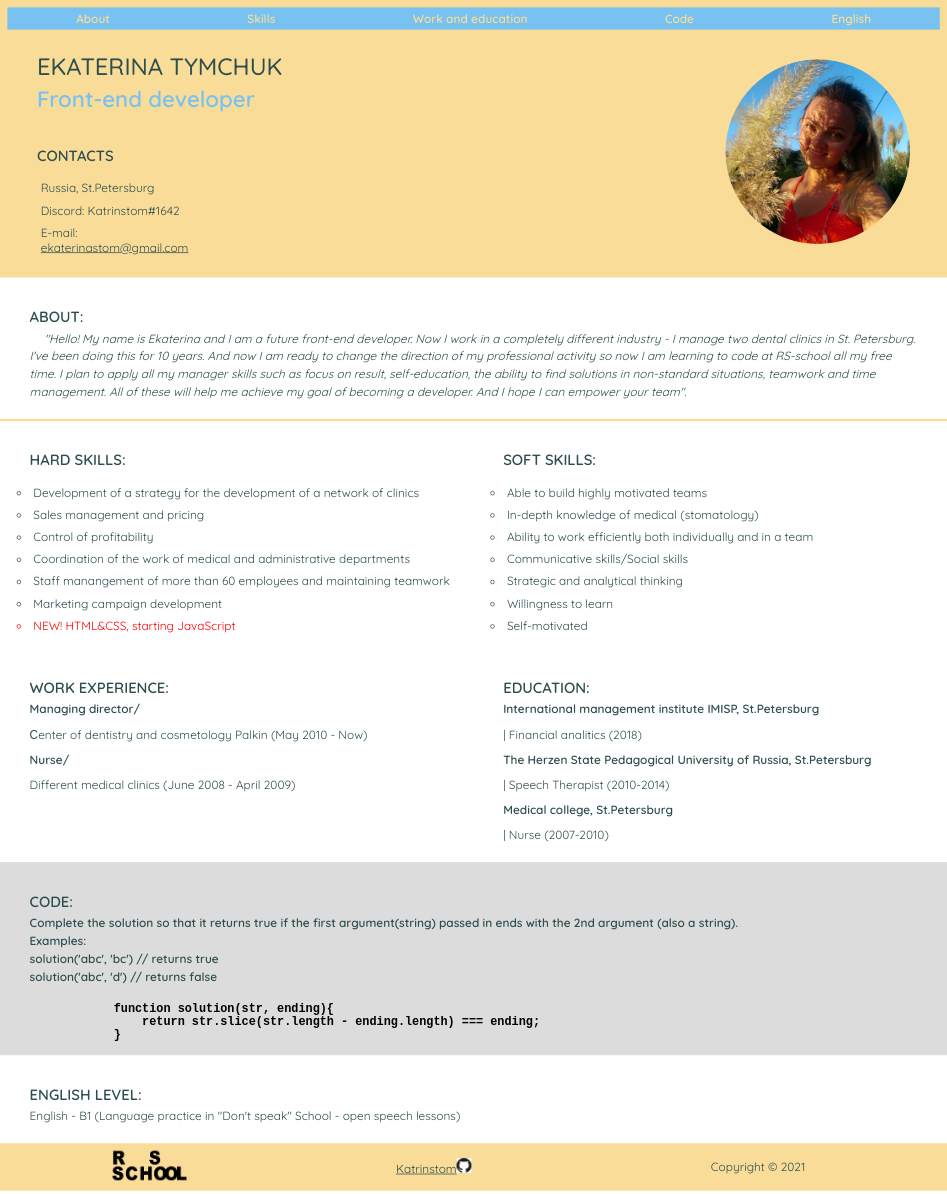
Repository: Katrinstom/rsschool-cv
Page: index.html
The author's editor kept a copy of each file at every save. The page is drawn from the files as they stood at one save, then again after the next save.
The browser window is 1280 px wide. The pictures show the whole page, at 74% of full size.

Above is the page before, as saved 2022-01-02 23:45:47.

### index.html
<!DOCTYPE html>
<html lang="en">
<head>
    <meta charset="UTF-8">
    <meta http-equiv="X-UA-Compatible" content="IE=edge">
    <meta name="viewport" content="width=device-width, initial-scale=1.0">
    <title>CV</title>
    <link type="text/css" rel="stylesheet" href="style.css"/>
    <link rel="preconnect" href="https://fonts.googleapis.com">
<link rel="preconnect" href="https://fonts.gstatic.com" crossorigin>
<link href="https://fonts.googleapis.com/css2?family=Quicksand:wght@400;500;600&display=swap" rel="stylesheet">
</head>
<body>
    <header class="bigblock section">
            <nav class="nav">
                <ul class="navlist">
                    <li class="nav-item"><a href="#about">About</a></li>
                    <li class="nav-item"><a href="#skills">Skills</a></li>
                    <li class="nav-item"><a href="#workandeducation">Work and education</a></li>
                    <li class="nav-item"><a href="#code">Code</a></li>
                    <li class="nav-item"><a href="#english">English</a></li>
                </ul>
            </nav>
                <img class="pic" src="images/1909_oooo.plus.png" alt="itsme" width="250" height="250">
                <h1>Ekaterina Tymchuk</h1>
                <h2>Front-end developer</h2>
                <h4>Contacts</h4>
                <ul class="nonumber">
                    <li>Russia, St.Petersburg</li>
                    <li>Discord: Katrinstom#1642</li>
                    <li>E-mail: <a href="mailto:ekaterinastom@gmail.com"> ekaterinastom@gmail.com</a></li>
                </ul>
        </header>
    <main class="section">
        <article>
            <div class="about" id="about">
                <h4>About:</h4>
                <p>"Hello! My name is Ekaterina and I am a future front-end developer. Now I work in a completely different industry - I manage two dental clinics in St. Petersburg. I've been doing this for 10 years. And now I am ready to change the direction of my professional activity so now I am learning to code at RS-school all my free time. I plan to apply all my manager skills such as focus on result, self-education, the ability to find solutions in non-standard situations, teamwork and time management. All of these will help me achieve my goal of becoming a developer. And I hope I can empower your team".</p>
            </div>
        </article>
        <section class="conteiner">
            <div class="skills" id="skills">
                <h4>Hard skills:</h4>
                <ul>
                    <li>Development of a strategy for the development of a network of clinics</li>
                    <li>Sales management and pricing</li>
                    <li>Control of profitability</li>
                    <li>Coordination of the work of medical and administrative departments</li>
                    <li>Staff manangement of more than 60 employees and maintaining teamwork</li>
                    <li>Marketing campaign development</li>
                    <li id="newskill">NEW! HTML&CSS, starting JavaScript</li>
                </ul>
            </div>
            <div class="skills" id="skills">
                <h4>Soft skills:</h4>
                <ul>
                    <li>Able to build highly motivated teams</li>
                    <li>In-depth knowledge of medical (stomatology)</li>
                    <li>Ability to work efficiently both individually and in a team</li>
                    <li>Communicative skills/Social skills</li>
                    <li>Strategic and analytical thinking</li>
                    <li>Willingness to learn</li>
                    <li>Self-motivated</li>
                </ul>
            </div>
        </section>
        <section class="conteiner">
            <div style="clear:both"></div>
            <div class="workandeducation" id="workandeducation">
                <h4>Work experience:</h4>
                <b>Managing director/</b>
                <p>Сenter of dentistry and cosmetology Palkin (May 2010 - Now)</p>
                <b>Nurse/</b>
                <p>Different medical clinics (June 2008 - April 2009)</p>
            </div>
            <div class="workandeducation" id="workandeducation">
                <h4>Education:</h4>
                <b>International management institute IMISP, St.Petersburg</b>
                <p>| Financial analitics (2018)</p>
                <b>The Herzen State Pedagogical University of Russia, St.Petersburg</b>
                <p>| Speech Therapist (2010-2014)</p>
                <b>Medical college, St.Petersburg</b>
                <p>| Nurse (2007-2010)</p>
            </div>
        </section>
        <section>
            <div class="code" id="code">
                <h4>Code:</h4>
                <p>Complete the solution so that it returns true if the first argument(string) passed in ends with the 2nd argument (also a string).
                <br>Examples:
                <br>solution('abc', 'bc') // returns true
                <br>solution('abc', 'd') // returns false</p>
                <pre><code>
                function solution(str, ending){
                    return str.slice(str.length - ending.length) === ending;
                }
                </code></pre>
            </div>
            <div class="english" id="english">
            <h4>English level:</h4>
            <p>English - B1 (Language practice in "Don't speak" School - open speech lessons)</p>
            </div>
        </section>
    </main>
        <footer class="footer section">
            <div class="flexcont">
                <a href="https://rs.school/js/"><img src="images/logo-rsschool3.png" alt="logo-rsschool3" width="100" height="40"></a>
                <a href="https://github.com/Katrinstom">Katrinstom<img src="images/gitpic.png" alt="gitlogo" width="20" height="20"></a>
                <p>Copyright © 2021</p>
             </div>
        </footer>
</body>
</html>

### style.css
html {
    scroll-behavior: smooth;
}
body {
    min-height: 100vh;
    margin: 0;
    padding: 0;
}
.section {
    max-width: 1280px;
    margin: 0 auto;
    flex-direction: column;
}
main {
    display: flex;
}
.bigblock {
    height: auto;
    background-color: #f9dc98;
    padding: 10px;
}
.nav {
    background-color: #78c2f2;
}
.navlist {
    display: flex;
    justify-content: space-around;
    align-items: center;
    padding: 0;
    margin: 0;
}
.nav-item {
    list-style: none;
}
.nav-item a {
    text-decoration: none;
    color: #f9dc98;
    font-weight: 600;
}
.nav-item a:hover {
    background-color:darkslategray;
    transition: 0.5s;
}
body {
    font-family: 'Quicksand', sans-serif;
}
h1 {
  padding: 30px 40px 5px;
  text-align: left;
  font-family:'Quicksand', sans-serif;
  font-weight: 500;
  font-size: 32px;
  text-transform: uppercase;
  color:darkslategray;
  margin: 0;
}
h2 {
    padding: 0px 40px 5px;
    text-align: left;
    font-family:'Quicksand', sans-serif;
    font-size: 30px;
    color:#78c2f2;
    margin: 0;
}
h3 {
    padding: 0px 40px 5px;
    text-align: left;
    font-family:'Quicksand', sans-serif;
    font-size: 25px;
    color:darkgrey;
    margin: 0;
}
h4 {
    font-family:'Quicksand', sans-serif;
    font-size: 20px;
    text-transform: uppercase;
    padding: 40px 40px 0px;
    text-align: left;
    color: darkslategray;
    margin: 0;
}
ul {
    list-style-type:circle;
    padding: auto;
}
.nonumber {
    list-style-type:none;
}
li {
    text-align: left;
    color: darkslategray;
    font-family: 'Quicksand', sans-serif;
    margin: 0;
    padding: 5px 5px 5px;
}
#newskill {
    color: red;
}
.about {
    border-bottom: solid 3px #f9dc98;
}
.about p {
    text-align: left;
    color: darkslategray;
    font-family: 'Quicksand', sans-serif;
    font-style: italic;
    margin-bottom: 20px;
    height: auto;
    width: auto;
    padding: 5px 40px 5px;
    line-height: 1.5;
    text-indent: 20px;
}
.english {
    text-align: left;
    color: darkslategray;
    margin-bottom: 20px;
    height: auto;
    width: auto;
    padding: 0;

}
.conteiner {
    display: flex;
    flex-direction: row;
    justify-content: space-around;
}
.skills {
    text-align: left;
    color: darkslategray;
    font-family: 'Quicksand', sans-serif;
    margin: 0;
    height: auto;
    width: 50%;
    padding: 0;
}
.workandeducation {
    text-align: left;
    color: darkslategray;
    font-family: 'Quicksand', sans-serif;
    margin-bottom: 20px;
    height: auto;
    width: 50%;
    padding: 0;
}
.pic {
    border-radius: 50%;
    float: right;
    padding: 40px;
}
p, b {
    display: block;
    text-align: left;
    color: darkslategray;
    font-family: 'Quicksand', sans-serif;
    margin: 0;
    height: auto;
    width: auto;
    padding: 5px 40px 5px;
    line-height: 1.5;
}
pre {
    margin: 0;
}
.code {
    text-align: left;
    background-color: gainsboro;
    display: block;
    font-size: 16px;
    font-weight: 600;
}
.flexcont {
    display: flex;
    flex-direction: row;
    justify-content: space-around;
    align-items: center;
}
a {
    display: block;
}
li a {
    color: darkslategray;
}
footer a {
    color: darkslategray;
}
.footer {
    height: auto;
    background-color: #f9dc98;
    padding: 10px;
}

After the next save:
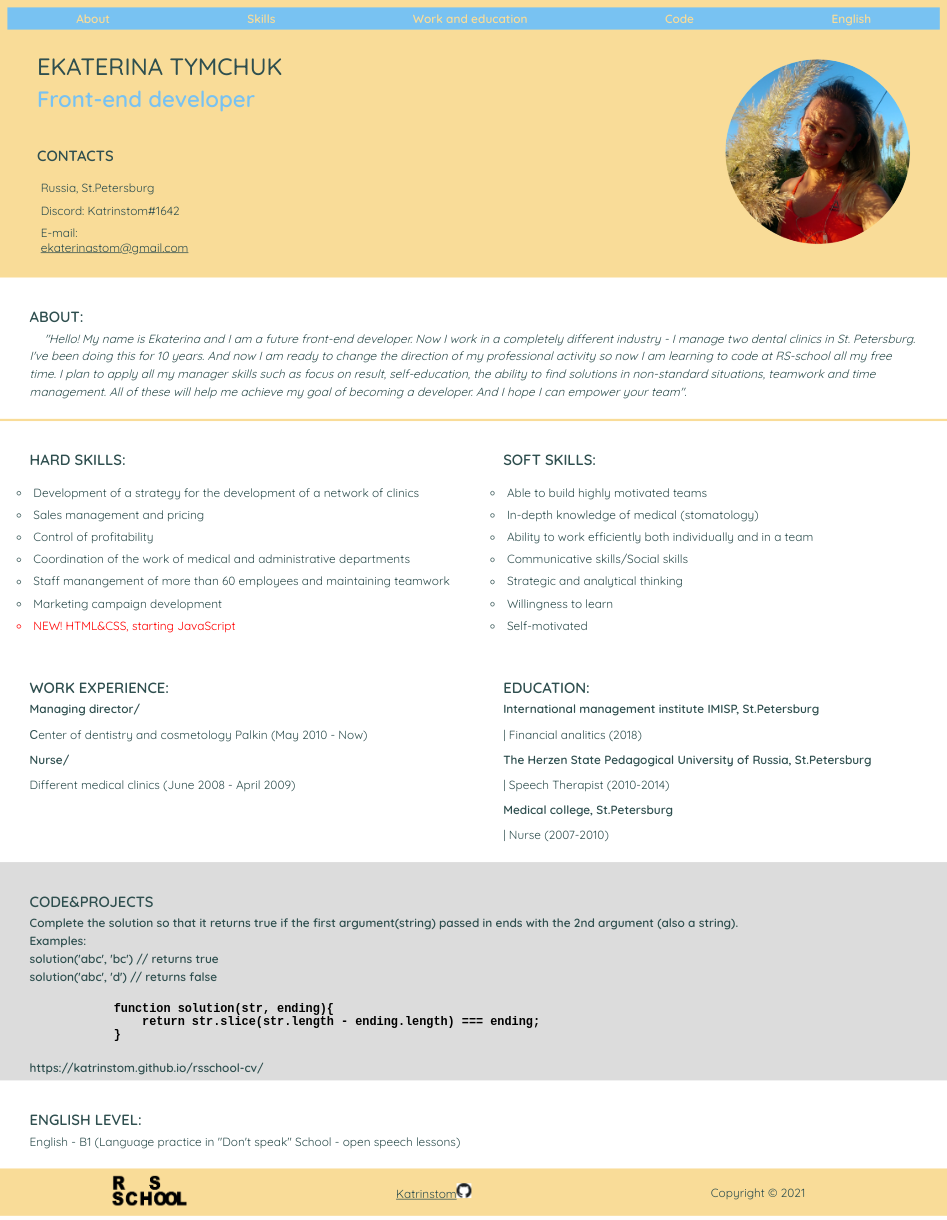
Saved 12 min 53 s later.
--- a/index.html
+++ b/index.html
@@ -85,7 +85,7 @@
         </section>
         <section>
             <div class="code" id="code">
-                <h4>Code:</h4>
+                <h4>Code&Projects</h4>
                 <p>Complete the solution so that it returns true if the first argument(string) passed in ends with the 2nd argument (also a string).
                 <br>Examples:
                 <br>solution('abc', 'bc') // returns true
@@ -95,6 +95,7 @@
                     return str.slice(str.length - ending.length) === ending;
                 }
                 </code></pre>
+                <p>https://katrinstom.github.io/rsschool-cv/</p>
             </div>
             <div class="english" id="english">
             <h4>English level:</h4>

After the save that followed:
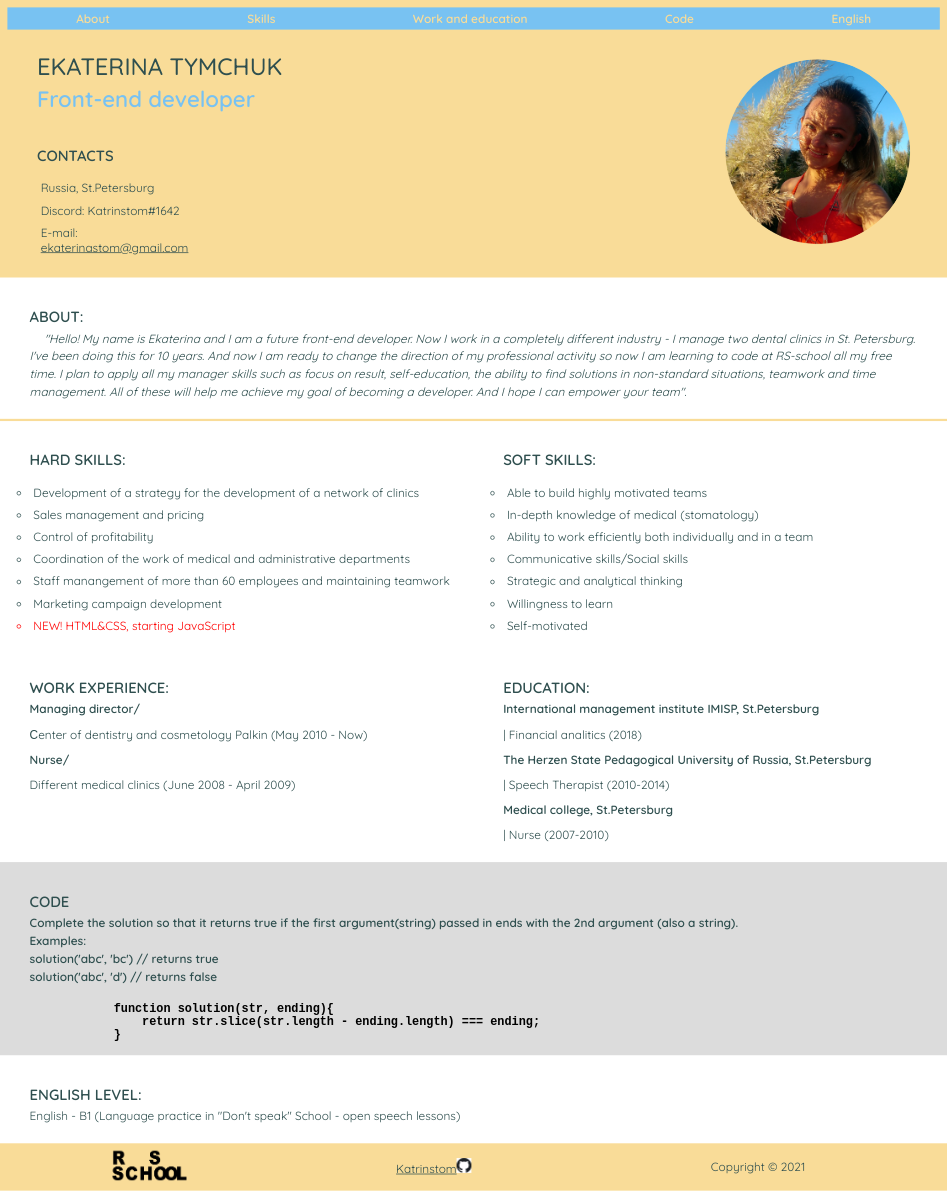
Saved 42 s later.
--- a/index.html
+++ b/index.html
@@ -85,7 +85,7 @@
         </section>
         <section>
             <div class="code" id="code">
-                <h4>Code&Projects</h4>
+                <h4>Code</h4>
                 <p>Complete the solution so that it returns true if the first argument(string) passed in ends with the 2nd argument (also a string).
                 <br>Examples:
                 <br>solution('abc', 'bc') // returns true
@@ -95,7 +95,6 @@
                     return str.slice(str.length - ending.length) === ending;
                 }
                 </code></pre>
-                <p>https://katrinstom.github.io/rsschool-cv/</p>
             </div>
             <div class="english" id="english">
             <h4>English level:</h4>
